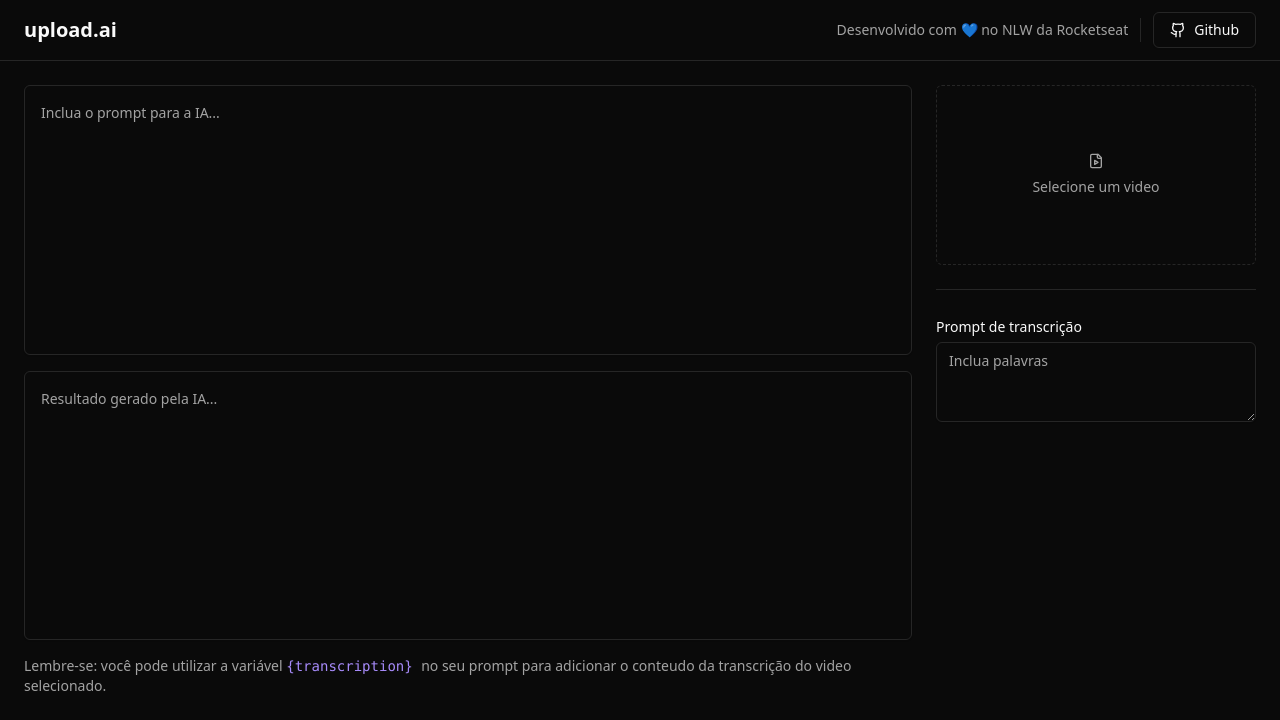
Repository: ricardolimati/upload-ai-web
Page: /
These files come from the project's save history. The page is drawn as it stood at one moment and after the next save; the edit follows.
The browser window is 1280 px wide. The pictures show the whole page.
The project was rebuilt for these pictures with package versions that can differ from the ones it lists, and the page was loaded fresh each time. Also part of the build but not shown: vite.config.ts.

Above is the page before, as saved 2023-09-11 23:55:18.

After the next save:
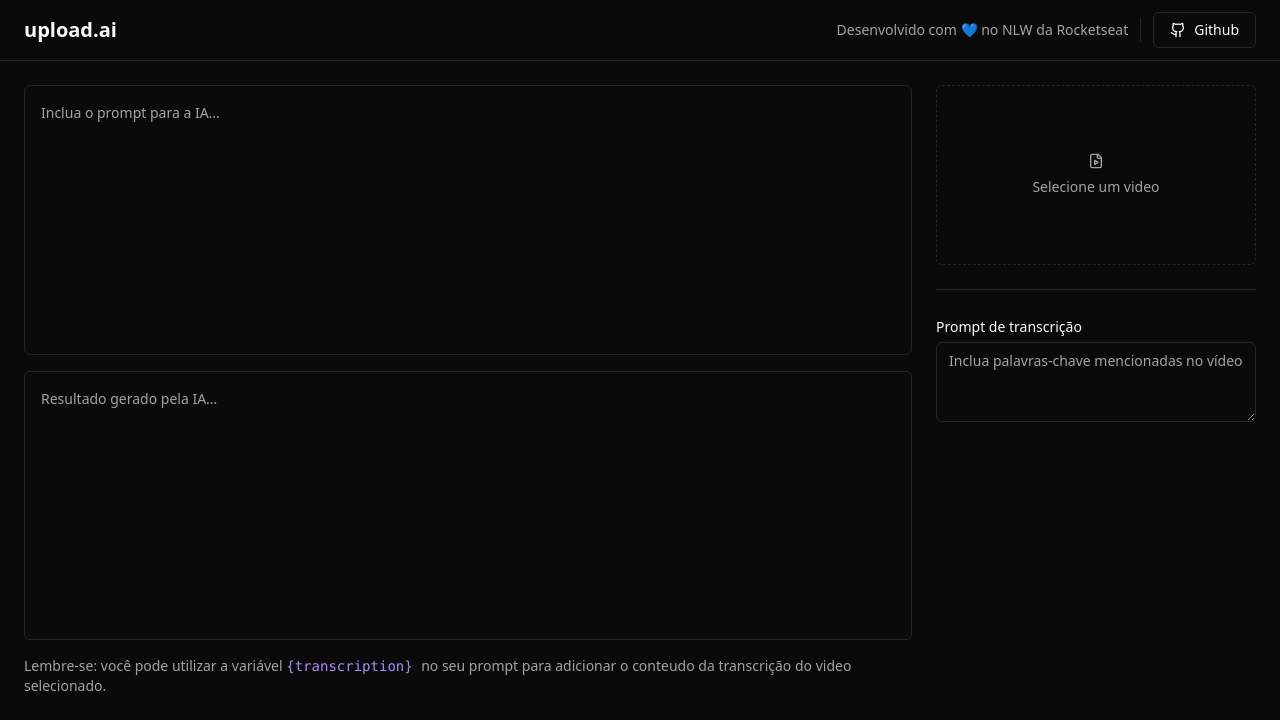
Saved 13 s later.
--- a/src/App.tsx
+++ b/src/App.tsx
@@ -54,7 +54,7 @@ export function App() {
             <Textarea
             id="transcription_prompt"
             className="min-h-20 leading-relaxe"
-            placeholder="Inclua palavras"
+            placeholder="Inclua palavras-chave mencionadas no vídeo "
             />
           </div>
         </form>
